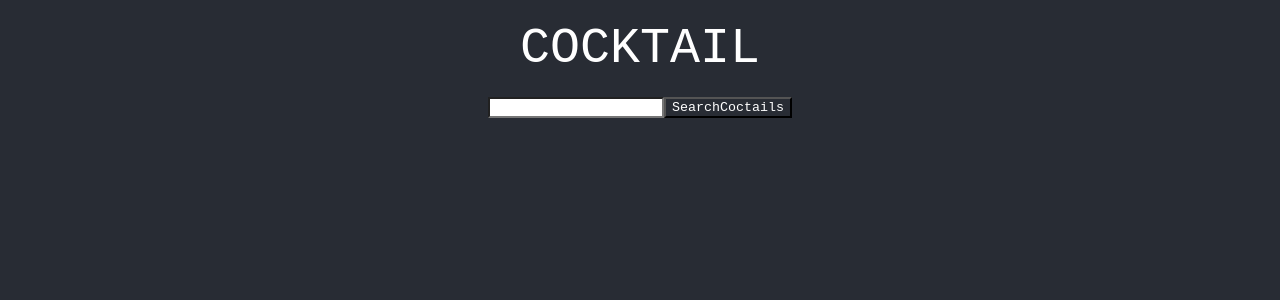
Repository: phunobi1807/coctails
Page: /
These files come from the project's save history. The page is drawn as it stood at one moment and after the next save; the edit follows.
The browser window is 1280 px wide. The pictures show the whole page.
The page's requests for data from a server got no answer. The project was rebuilt for these pictures with package versions that can differ from the ones it lists, and the page was loaded fresh each time. No one was signed in, and anything a server would have sent is missing.

Above is the page before, as saved 2021-09-25 13:45:54.

### src/App.js
import React from 'react';
import './App.scss';
import  ListCocktails from "./components/ListCocktails"

function App() {
  return (
    <div className="App">
        <header><span>C</span>OCKTAIL</header>

        <ListCocktails />
    </div>
  );
}

export default App;

### src/App.scss
* {
  background-color: #282c34;
  color: white;
  font-family: 'Courier New', Courier, monospace, sans-serif;
}
.App
{
  header
  {
    font-size: 50px;
    text-align: center;
    margin: 20px 0;
  }
}

### src/components/ListCocktails.js
import axios from "axios";
import React, { Component } from "react";
import "./ListCocktails.scss";
class componentName extends Component {
  state = {
    listCocktail: [],
    name: "",
    loading: false,
  };

  handleOnChange = (e) => {
      this.setState({
          name: e.target.value
      })
  }

  handleSubmit = (e) =>{
      e.preventDefault();
      this.fetchingCoctail();
  }

  async fetchingCoctail(){
    let res = await axios.get(
      `https://www.thecocktaildb.com/api/json/v1/1/search.php?s=${this.state.name}`
    );
    console.log("check data:", res.data.drinks);
    this.setState({
      listCocktail: res.data && res.data.drinks ? res.data.drinks : [],
    });
  }

  async componentDidMount() {
    this.fetchingCoctail();
  }

  render() {
    let { listCocktail, loading } = this.state;
    return (
      <>
        <div className="input">
          <form action="">
            <input type="text" onChange={(e)=>this.handleOnChange(e)} />
            <button onClick={(e)=>this.handleSubmit(e)}>SearchCoctails </button>
          </form>
        </div>
        <div className="container">
          {!loading ? (
            listCocktail.map((item, index) => {
              return (
                <>
                  <div className="product-cocktail" key={item.id}>
                    <img src={item.strDrinkThumb} alt="" />
                    <p>
                      <span>Name cocktail: {item.strDrink}</span>
                    </p>
                    <p>
                      <span>Use: {item.strInstructions}</span>{" "}
                    </p>
                  </div>
                </>
              );
            })
          ) : (
            <div>Loading...</div>
          )}
        </div>
      </>
    );
  }
}

export default componentName;

### src/components/ListCocktails.scss
.input
{
    text-align: center;
    margin-bottom: 30px;
    input
    {
        background-color: white;
    }
    button
    {
        cursor: pointer;
    }
}
.container {
    display: flex;
    justify-content: space-between;
    flex-wrap: wrap;
    padding: 0 10px;

    .product-cocktail {
        max-width: 300px;
        white-space: nowrap;
    text-overflow: ellipsis;
    overflow: hidden;
        img {
            width: 300px;
            height: 200px;
            object-fit: cover;
            border-radius: 5px;
        }
        p {
            span {
                white-space: inherit;
                text-overflow: inherit;
                overflow: inherit;
                color: crimson;
            }
        }
    }
}

Loaded but not shown: public/index.html (common file); src/index.js (common file); src/index.css (common file); src/reportWebVitals.js (common file)

After the next save:
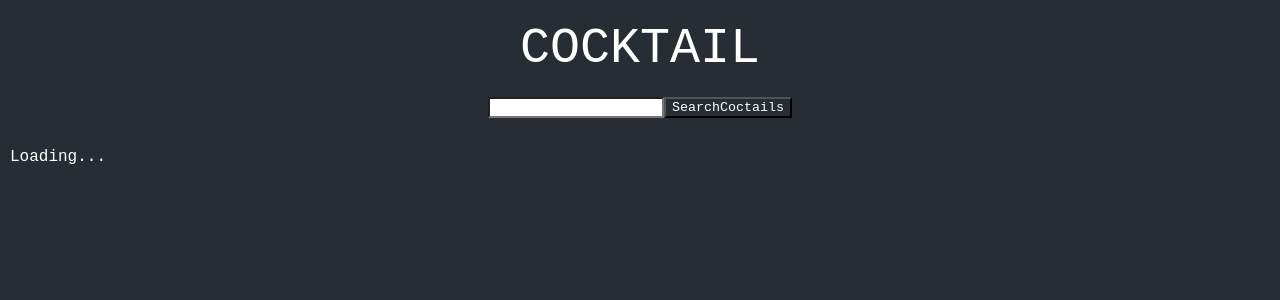
Saved 81 s later.
--- a/src/components/ListCocktails.js
+++ b/src/components/ListCocktails.js
@@ -20,12 +20,14 @@ class componentName extends Component {
   }
 
   async fetchingCoctail(){
+      this.setState({loading: true})
     let res = await axios.get(
       `https://www.thecocktaildb.com/api/json/v1/1/search.php?s=${this.state.name}`
     );
     console.log("check data:", res.data.drinks);
     this.setState({
       listCocktail: res.data && res.data.drinks ? res.data.drinks : [],
+      loading: false
     });
   }
 
